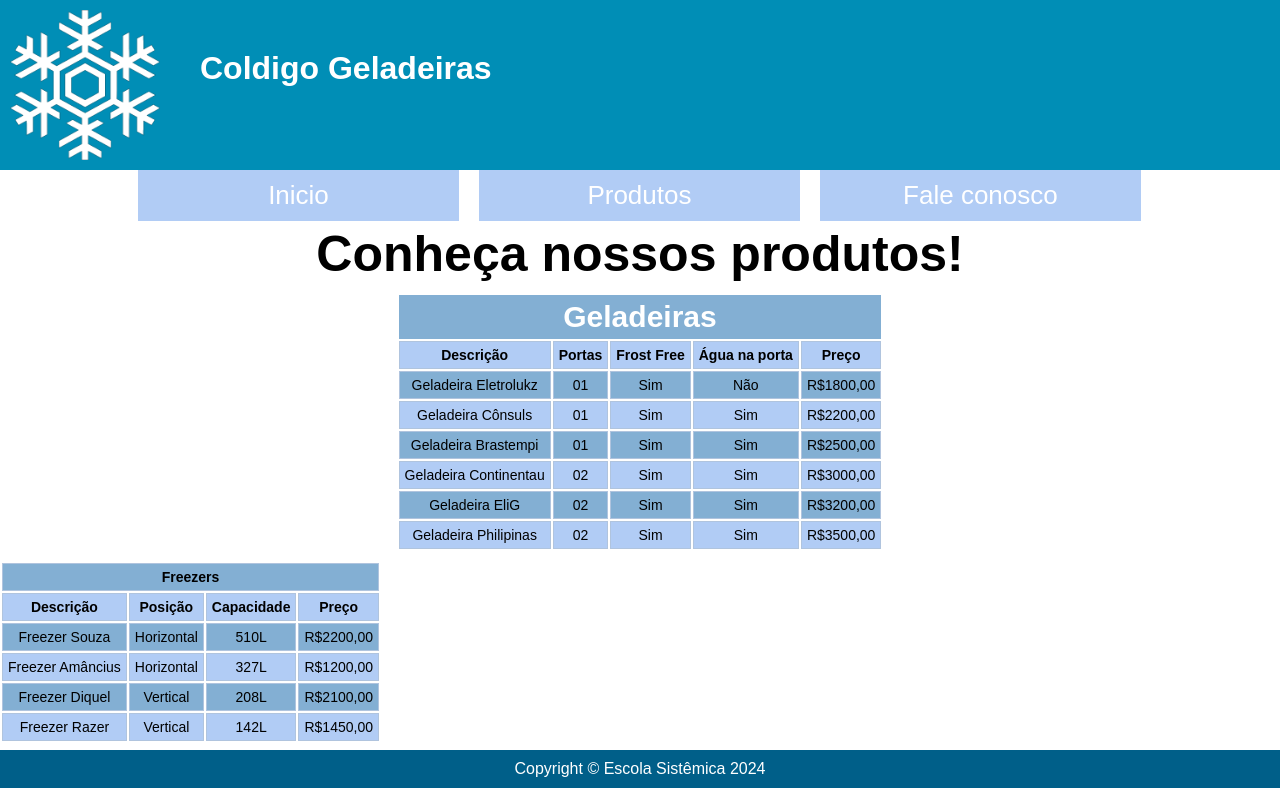
Repository: AndreiLGomes/faculdade
Page: http://localhost/ProjetoTrilhaWeb/pages/site/produtos.html
An editor plug-in stored every save of this project. The page is shown before and after the next save, followed by the edit.
The browser window is 1280 px wide. The pictures show the whole page.
The page is served by Tomcat 9.

Above is the page before, as saved 2024-04-10 23:11:07.

### 2 ano/WorkspaceTrilhaWeb/ProjetoTrilhaWeb/src/main/webapp/pages/site/produtos.html
<!DOCTYPE html>
<html lang="pt-br">
<head>
<meta charset="UTF-8">
<meta name="description" content="Site da Coldigo Geladeiras">
<meta name="keywords" content="Geladeiras, Frost-free, refrigeração">
<meta name="author" content="Escola Sistêmica">
<meta name="viewport" content="width=device-width, initial-scale=1.0">
<link rel="stylesheet" type="text/css" href="../../css/site.css">
<title>Coldigo Geladeiras</title>

</head>
<body>
	<header>
		<img alt="logo da Coldigo Geladeiras" src="../../img/logo.png">
		<h1>Coldigo Geladeiras</h1>
	</header>
	<nav>
		<a href="../../index.html"><div class="opcao">Inicio</div> </a> <a
			href="produtos.html">
			<div class="opcao">Produtos</div>
		</a> <a href="faleconosco.html">
			<div class="opcao">Fale conosco</div>
		</a>
	</nav>
	<section>
		<h2>Conheça nossos produtos!</h2>
		<table class="tabelaProdutos" >
			<thead>
				<tr>
					<th colspan="5" class="tituloTabela">Geladeiras</th>
				</tr>
				<tr>
					<th>Descrição</th>
					<th>Portas</th>
					<th>Frost Free</th>
					<th>Água na porta</th>
					<th>Preço</th>
				</tr>
			</thead>
			<tbody>
				<tr>
					<td>Geladeira Eletrolukz</td>
					<td>01</td>
					<td>Sim</td>
					<td>Não</td>
					<td>R$1800,00</td>
				<tr>
					<td>Geladeira Cônsuls</td>
					<td>01</td>
					<td>Sim</td>
					<td>Sim</td>
					<td>R$2200,00</td>
				</tr>
				<tr>
					<td>Geladeira Brastempi</td>
					<td>01</td>
					<td>Sim</td>
					<td>Sim</td>
					<td>R$2500,00</td>
				</tr>
				<tr>
					<td>Geladeira Continentau</td>
					<td>02</td>
					<td>Sim</td>
					<td>Sim</td>
					<td>R$3000,00</td>
				</tr>
				<tr>
					<td>Geladeira EliG</td>
					<td>02</td>
					<td>Sim</td>
					<td>Sim</td>
					<td>R$3200,00</td>
				</tr>
				<tr>
					<td>Geladeira Philipinas</td>
					<td>02</td>
					<td>Sim</td>
					<td>Sim</td>
					<td>R$3500,00</td>
				</tr>
			</tbody>
		</table>
		<table class="tabelaGeladeira">
			<thead>
				<tr>
					<th colspan="4">Freezers</th>
				</tr>
				<tr>
					<th>Descrição</th>
					<th>Posição</th>
					<th>Capacidade</th>
					<th>Preço</th>
				</tr>
			</thead>
			<tbody>
				<tr>
					<td>Freezer Souza</td>
					<td>Horizontal</td>
					<td>510L</td>
					<td>R$2200,00</td>
				</tr>
				<tr>
					<td>Freezer Amâncius</td>
					<td>Horizontal</td>
					<td>327L</td>
					<td>R$1200,00</td>
				</tr>
				<tr>
					<td>Freezer Diquel</td>
					<td>Vertical</td>
					<td>208L</td>
					<td>R$2100,00</td>
				</tr>

				<tr>
					<td>Freezer Razer</td>
					<td>Vertical</td>
					<td>142L</td>
					<td>R$1450,00</td>
				</tr>
			<tbody>
		</table>


	</section>
	<footer>Copyright &copy; Escola Sistêmica 2024 </footer>


</body>
</html>

### 2 ano/WorkspaceTrilhaWeb/ProjetoTrilhaWeb/src/main/webapp/css/site.css
@charset "UTF-8";

body {
	margin: 0 auto;
	font-family: "Century Gothic", sans-serif;
}

/* cabeçalho */
header {
	height: 170px;
	background-color: #008eb6;
}

header img {
	float: left;
	height: 150px;
	width: 150px;
	margin: 10px;
}

header h1 {
	float: left;
	margin: 50px 0 0 30px;
	color: #ffffff;
}
/*Menu*/
nav {
	clear: both;
	width: 80%;
	margin: 0px auto;
	height: 55px;
}

nav a {
	color: white;
	text-decoration: none;
	text-align: center;
}

nav .opcao {
	float: left;
	width: 31.3%;
	background-color: #b1ccf5;
	padding: 10px 0;
	margin: 0 1%;
	font-size: 26px;
}

nav .opcao:hover {
	background-color: #83afd3;
}

/* Área geral para conteúdos específicos de cada página */
section {
	clear: both;
	min-height: 360px;
	width: 100%;
	margin-top: 0px;
}
/*rodapé */
footer {
	background-color: #005f89;
	color: #fff;
	text-align: center;
	padding: 10px;
	margin-top: 7px;
}

/* Configuracão da página inicial */
section #top {
	width: 900px;
	margin: 0px auto;
	height: 250px;

}


.geladeira{
	height: 250px;
	width: 125px;
}

.direita{
	float: right;
}
.esquerda{
	float: left;
}

section #titulos{
	float: left;
	height: 250px;
	width: 650px;
	margin: 0px auto;
}

h2{
	text-align: center;
	margin-top: 0px;
	margin-bottom: 10px;
	font-size: 50px;
}

h3{
	text-align: center;
	margin-top: 50px;
	font-size: 20px;
}

p{
	clear: both;
	text-align: center;
	margin: 10px 80px;
}
/* Configuração da página de Produtos */

.tabelaProdutos{
	margin: 10px auto;
	text-align: center;
}

.tituloTabela{
	text-align: center;
	font-size: 30px;
	font-weight: bold;
	color: #fff;
	padding: 5px;
	border: transparent;
}

tr, td, th{
	border: 1px solid #B0C4DE;
	padding: 5px;
}
tr, td{
	font-size: 14px;
}

tr:nth-child(even){
	background-color: #B1CCF5;
}
tr:nth-child(odd){
	background-color: #83afd3;
}
.tabelaGeladeira{
	text-align: center;
}

After the next save:
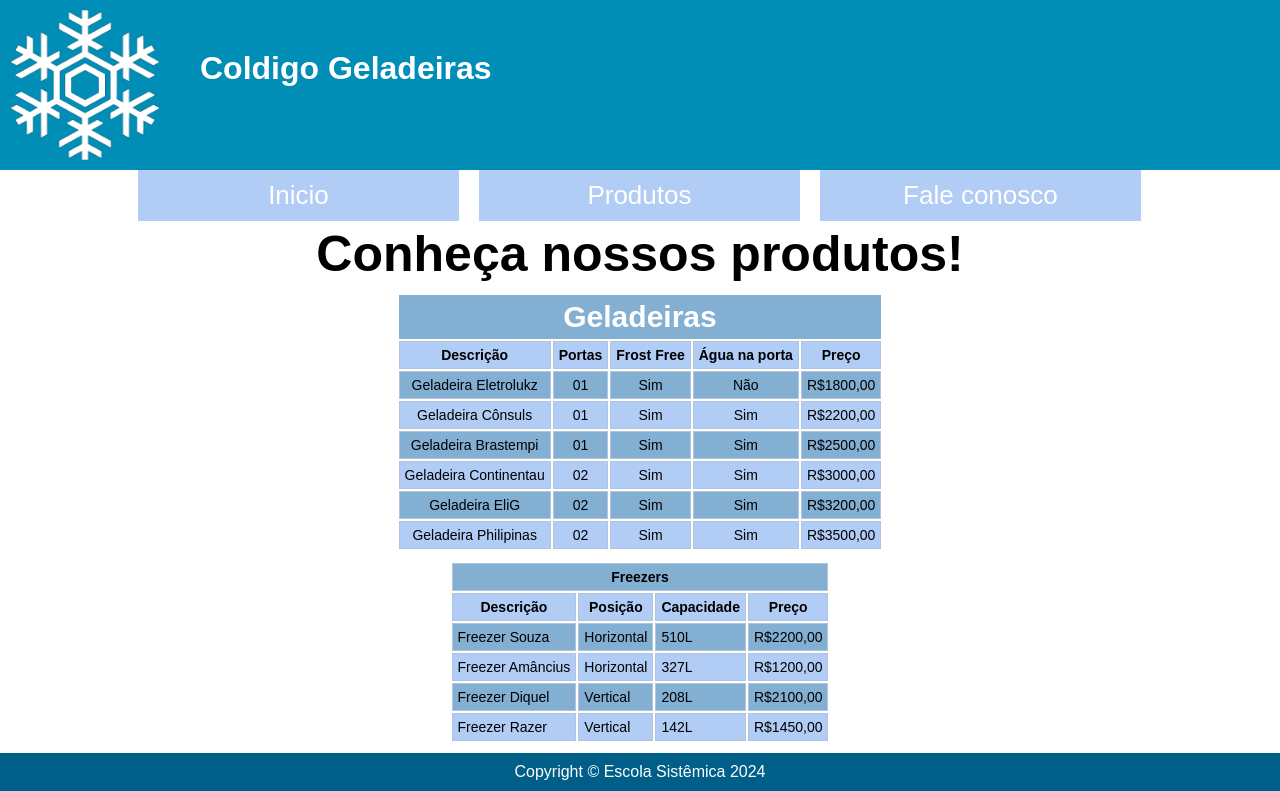
Saved 66 s later.
--- a/2 ano/WorkspaceTrilhaWeb/ProjetoTrilhaWeb/src/main/webapp/css/site.css
+++ b/2 ano/WorkspaceTrilhaWeb/ProjetoTrilhaWeb/src/main/webapp/css/site.css
@@ -143,5 +143,5 @@ tr:nth-child(odd){
 	background-color: #83afd3;
 }
 .tabelaGeladeira{
-	text-align: center;
+	margin: 10px auto;
 }
